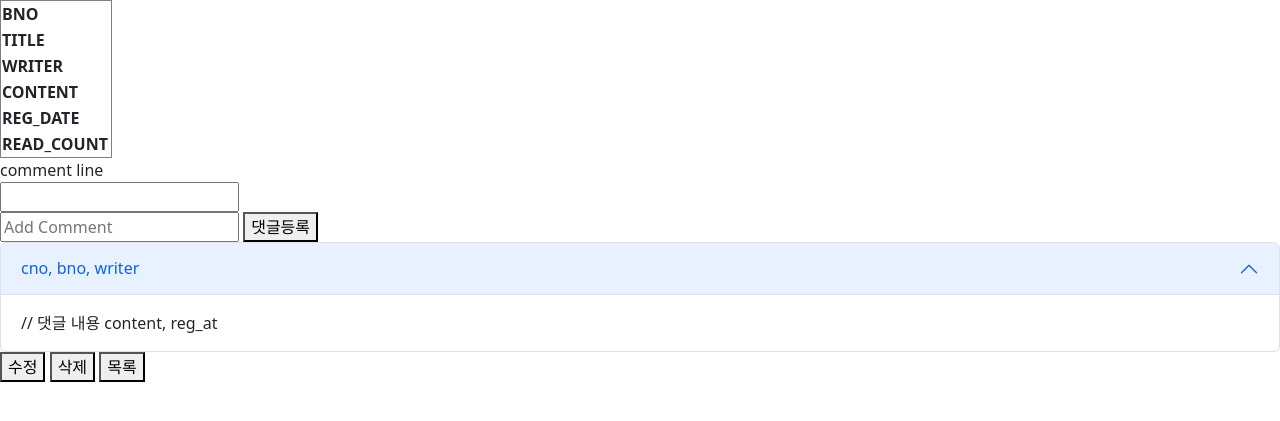
Repository: Raneechoi/java2022_09_03
Page: http://localhost/Project/board/detail.jsp
An editor plug-in stored every save of this project. The page is shown before and after the next save, followed by the edit.
The browser window is 1280 px wide. The pictures show the whole page.
The page is served by Tomcat 9. Other server files are loaded and not shown. The template is opened directly, without the code that normally fills it, so the values that code supplies are empty.

Above is the page before, as saved 2022-12-05 06:16:06.
Console error: TypeError: Cannot read properties of undefined (reading 'length')

### JSP_Board&Member/Project/src/main/webapp/board/detail.jsp
<%@ page language="java" contentType="text/html; charset=UTF-8"
    pageEncoding="UTF-8"%>
<%@ taglib uri="http://java.sun.com/jsp/jstl/core" prefix="c" %>
<!DOCTYPE html>
<html>
<head>
<meta charset="UTF-8">
<title>Insert title here</title>
<!-- CSS only -->
<link href="https://cdn.jsdelivr.net/npm/bootstrap@5.2.2/dist/css/bootstrap.min.css" rel="stylesheet" integrity="sha384-Zenh87qX5JnK2Jl0vWa8Ck2rdkQ2Bzep5IDxbcnCeuOxjzrPF/et3URy9Bv1WTRi" crossorigin="anonymous">
<!-- JavaScript Bundle with Popper -->
<script src="https://cdn.jsdelivr.net/npm/bootstrap@5.2.2/dist/js/bootstrap.bundle.min.js" integrity="sha384-OERcA2EqjJCMA+/3y+gxIOqMEjwtxJY7qPCqsdltbNJuaOe923+mo//f6V8Qbsw3" crossorigin="anonymous"></script>
</head>
<body>
	<table border="1">
		<tr>
			<th>BNO</th>
			<td>${bvo.bno }</td>
		</tr>
		<tr>
			<th>TITLE</th>
			<td>${bvo.title }</td>
		</tr>
		<tr>
			<th>WRITER</th>
			<td>${bvo.writer }</td>
		</tr>
		<tr>
			<th>CONTENT</th>
			<td>${bvo.content }</td>
		</tr>
		<tr>
			<th>REG_DATE</th>
			<td>${bvo.reg_date }</td>
		</tr>
		<tr>
			<th>READ_COUNT</th>
			<td>${bvo.read_count }</td>
		</tr>
	</table>
	<div>
		comment line <br>
			<input type="text" id="cmtWriter" value="${ses.email }" readonly="readonly"> <br>
			<input type="text" id="cmtText" placeholder="Add Comment">
			<button type="button" id="cmtAddBtn">댓글등록</button>
	</div>
	<!-- 댓글 표시 영역 -->
	<div class="accordion" id="accordionExample">
		<!-- 아이템 표시 영역 -->
		  <div class="accordion-item">
		    <h2 class="accordion-header" id="headingOne">
		      <button class="accordion-button" type="button" data-bs-toggle="collapse" data-bs-target="#collapseOne" aria-expanded="true" aria-controls="collapseOne">
		        cno, bno, writer
		      </button>
		    </h2>
		    	<div id="collapseOne" class="accordion-collapse collapse show" aria-labelledby="headingOne" data-bs-parent="#accordionExample">
		      	<div class="accordion-body">
			// 댓글 내용
        	content, reg_at
      			</div>
   			 </div>
  		</div>
	</div>

	<c:if test="${ses.email eq bvo.writer}">
		<a href="/bor/modify?bno=${bvo.bno }"><button type="submit">수정</button></a>
		<a href="/bor/remove?bno=${bvo.bno }"><button type="submit">삭제</button></a>
	</c:if>

	<a href="/bor/pageList"><button type="button">목록</button></a>

	<script type="text/javascript">
		const bnoVal = '<c:out value="${bvo.bno}"/>';
	</script>

	<script src="/resource/board_detail.js"></script>

	<script type="text/javascript">
	printCommentList(bnoVal);
	</script>

</body>
</html>

### JSP_Board&Member/Project/src/main/webapp/resource/board_detail.js
async function getCommentListFromServer(bno){  // 서버(컨트롤러)에 리스트를 달라고 요청
	try{
		const resp = await fecth('cmt/list/'+bno);  // cmt/list/260
		const cmtList = await resp.json();
		return cmtList;
	}catch(error){
		console.log(error);
	}
}

function spreadCommentList(result){  // 댓글 list
	let div = document.getElementById("accordionExample");
	div.innerHTML = '';
	for(let i = 0; i < result.length; i++){
		let html = '<div class="accordion-item">';
		html += `<h2 class="accordion-header" id="heading${i}">`;
		html += `<button class="accordion-button" type="button" data-bs-toggle="collapse"`;
		html += `data-bs-target="#collapse${i}" aria-expanded="true" aria-controls="collapse${i}">`;
		html += `${result[i].cno}, ${result[i].bno}, ${result[i].writer} </button> </h2>`;
		html += `<div id="collapse${i}" class="accordion-collapse collapse show"` ;
		html += `aria-labelledby="heading${i}" data-bs-parent="#accordionExample">`;
		html += `<div class="accordion-body">`;
		html += `<button type="button" data-cno="${result[i].cno}" class="btn btn-sm btn-outline-warning cmtModBtn"> ♪ </button> `;
		html += `<button type="button" data-cno="${result[i].cno}" class="btn btn-sm btn-outline-danger cmtDelBtn"> X </button>`;
		html += `<input type="text" class="form-control" id="cmtText" value="${result[i].content}">`;
		hrml +=	`</div> </div> </div>`;
		div.innerHTML += html;  //누적해서 담기
	}
}


function printCommentList(bno){
	getCommentListFromServer(bno).then(result => {  // cmtList
		console.log(result);
		if(result.length > 0){
			// 화면에 뿌리는 실제 로직 호출
			spreadCommentList(result);
		}else{
			let div = document.getElementById("accordionExample");
			div.innerText = "comment가 없습니다."
		}
	})
}

async function postCommentToServer(cmtData){
	try{
		const url ="/cmt/post";
		const config={
			method:'post',
			headers:{
				'Content-Type':'application/json; charset=utf-8'  // JSON방식
				// application/x-www.form-urlencoded; chareset=utf-8  쿼리스트링방식
			},
			body: JSON.stringify(cmtData)
		};
		const resp = await fetch(url, config)
		const result = await resp.text();
		return result;  // 35번 line
	}catch(error){
		console.log(error);
	}
}

document.getElementById('cmtAddBtn').addEventListener('click',()=>{
	const cmtText = document.getElementById('cmtText').value;
	console.log(cmtText);
	if(cmtText == null || cmtText==''){
		alert('댓글을 입력해주세요.');
		return false;
	}else{
		let cmtData = {
			bno : bnoVal,
			writer : document.getElementById('cmtWriter').value,
			content : cmtText
		};
		postCommentToServer(cmtData).then(result => {
			if(result > 0){
				alert("댓글등록 성공!!!");
				document.getElementById('cmtText').value = "";
			}
			printCommentList(cmtData.bno);
		})
	}
})

After the next save:
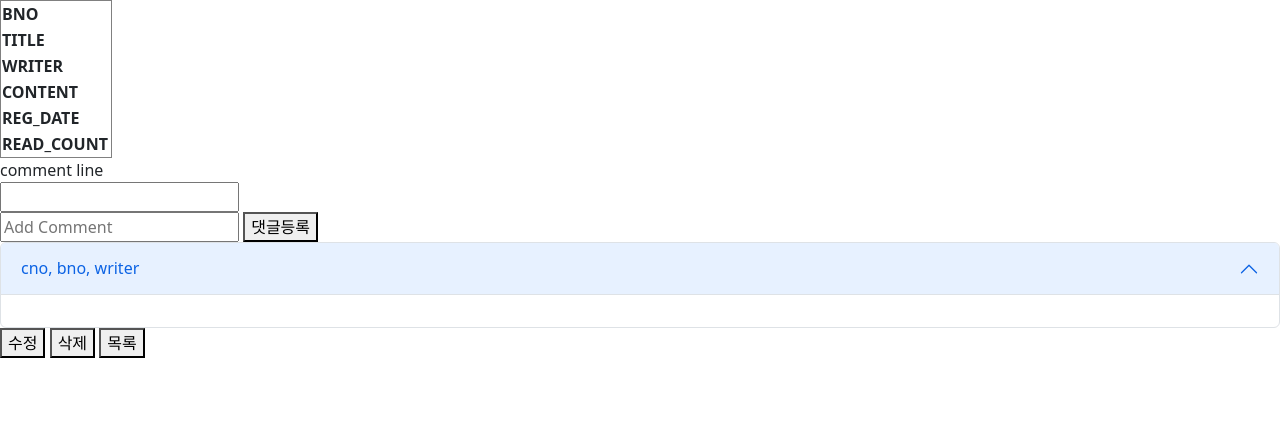
Saved 70 s later.
--- a/JSP_Board&Member/Project/src/main/webapp/board/detail.jsp
+++ b/JSP_Board&Member/Project/src/main/webapp/board/detail.jsp
@@ -55,8 +55,6 @@
 		    </h2>
 		    	<div id="collapseOne" class="accordion-collapse collapse show" aria-labelledby="headingOne" data-bs-parent="#accordionExample">
 		      	<div class="accordion-body">
-			// 댓글 내용
-        	content, reg_at
       			</div>
    			 </div>
   		</div>
